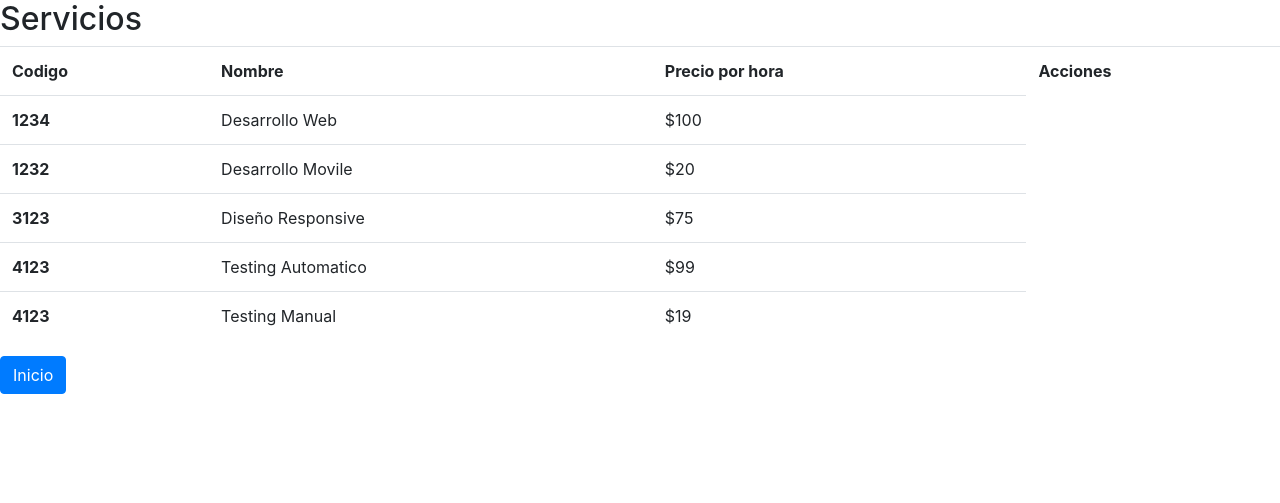
Repository: Alemartinez97/New-Repository
Page: programacion-3/tp4/servicios/servicio.html
The author's editor kept a copy of each file at every save. The page is drawn from the files as they stood at one save, then again after the next save.
The browser window is 1280 px wide. The pictures show the whole page.

Above is the page before, as saved 2020-06-11 16:01:29.

After the next save:
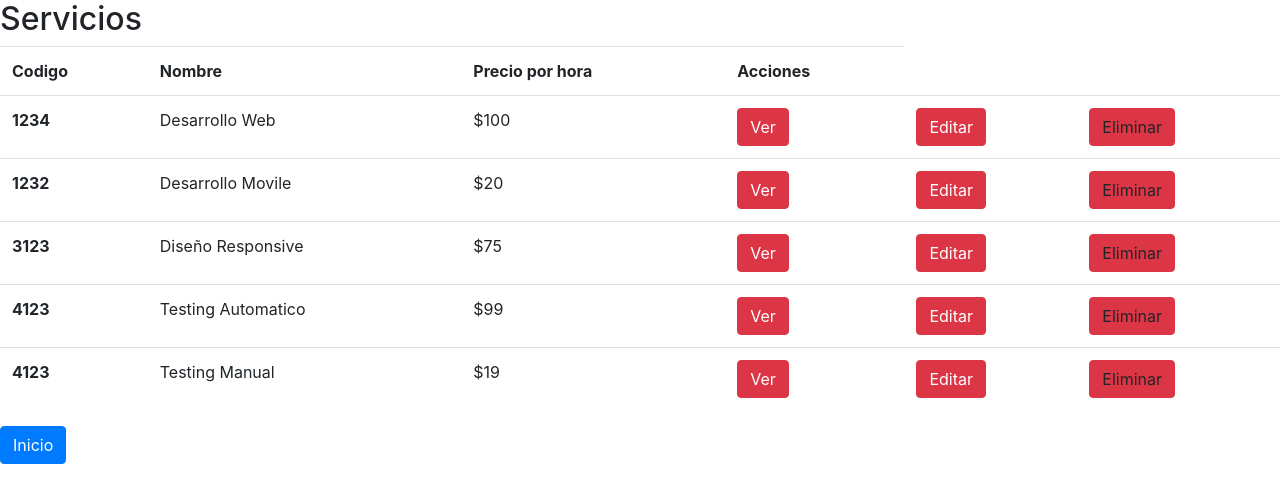
Saved 89 s later.
--- a/programacion-3/tp4/servicios/servicio.html
+++ b/programacion-3/tp4/servicios/servicio.html
@@ -20,26 +20,41 @@
             <th>1234</th>
             <td>Desarrollo Web</td>
             <td>$100</td>
+            <td><a href="ver/ver.html" class="btn btn-danger">Ver</a></td>
+            <td><a href="ver/ver.html" class="btn btn-danger">Editar</a></td>
+            <td><a class="btn btn-danger">Eliminar</a></td>
           </tr>
           <tr>
             <th>1232</th>
             <td>Desarrollo Movile</td>
             <td>$20</td>
+            <td><a href="ver/ver.html" class="btn btn-danger">Ver</a></td>
+            <td><a href="ver/ver.html" class="btn btn-danger">Editar</a></td>
+            <td><a class="btn btn-danger">Eliminar</a></td>
           </tr>
           <tr>
             <th>3123</th>
             <td>Diseño Responsive</td>
             <td>$75</td>
+            <td><a href="ver/ver.html" class="btn btn-danger">Ver</a></td>
+            <td><a href="ver/ver.html" class="btn btn-danger">Editar</a></td>
+            <td><a class="btn btn-danger">Eliminar</a></td>
           </tr>
           <tr>
             <th>4123</th>
             <td>Testing Automatico</td>
             <td>$99</td>
+            <td><a href="ver/ver.html" class="btn btn-danger">Ver</a></td>
+            <td><a href="ver/ver.html" class="btn btn-danger">Editar</a></td>
+            <td><a class="btn btn-danger">Eliminar</a></td>
           </tr>
           <tr>
             <th>4123</th>
             <td>Testing Manual</td>
             <td>$19</td>
+            <td><a href="ver/ver.html" class="btn btn-danger">Ver</a></td>
+            <td><a href="ver/ver.html" class="btn btn-danger">Editar</a></td>
+            <td><a class="btn btn-danger">Eliminar</a></td>
           </tr>
         </tbody>
       </table>
